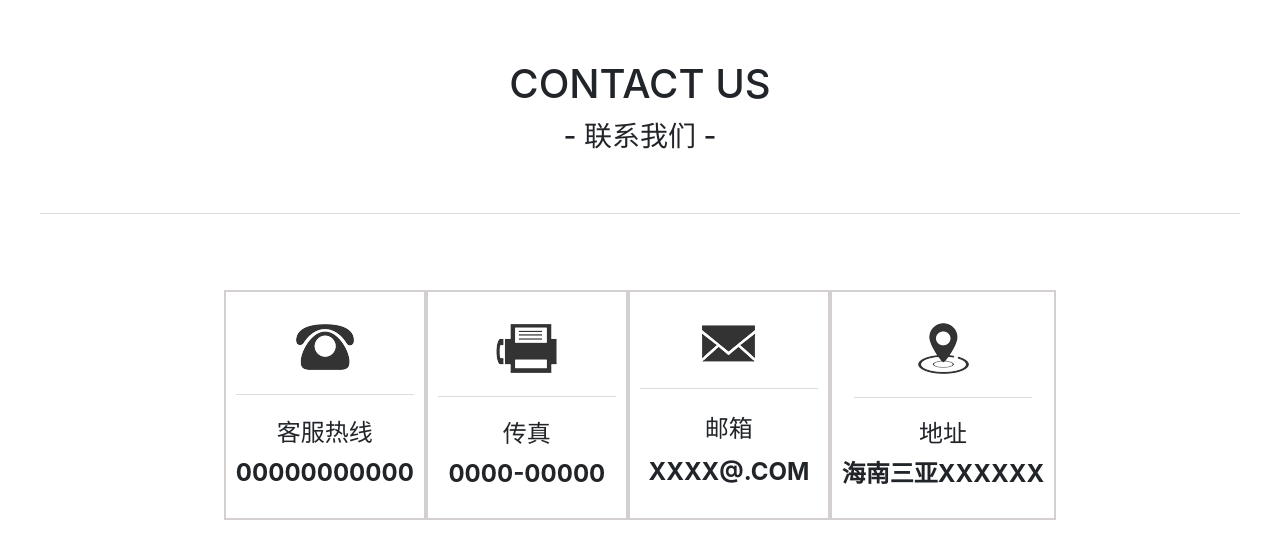
Repository: Noitom/Hadalsnailfish
Page: src/main/resources/static/html/connect.html
An editor plug-in stored every save of this project. The page is shown before and after the next save, followed by the edit.
The browser window is 1280 px wide. The pictures show the whole page.

Above is the page before, as saved 2021-12-14 15:31:40.

After the next save:
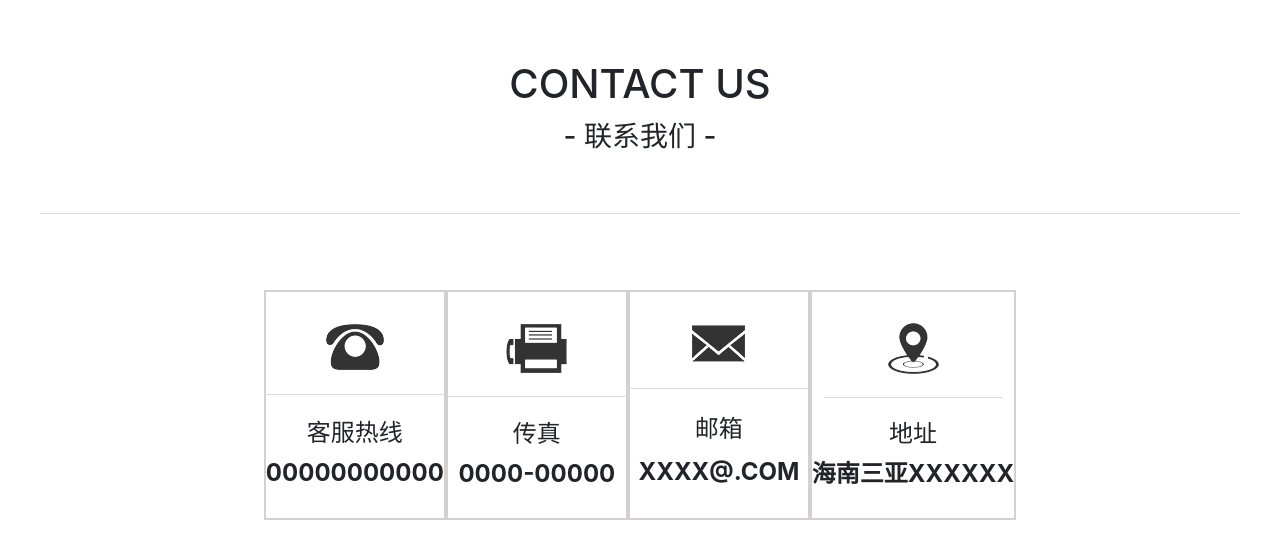
Saved 65 s later.
--- a/src/main/resources/static/html/connect.html
+++ b/src/main/resources/static/html/connect.html
@@ -49,8 +49,8 @@
 
             height: 230px;
             border: 2px solid #d4d0d0;
-            padding: 30px 10px 20px 10px
-            /* padding-bottom: 20px; */
+            padding-top: 30px;
+            padding-bottom: 20px;
         }
 
     </style>
